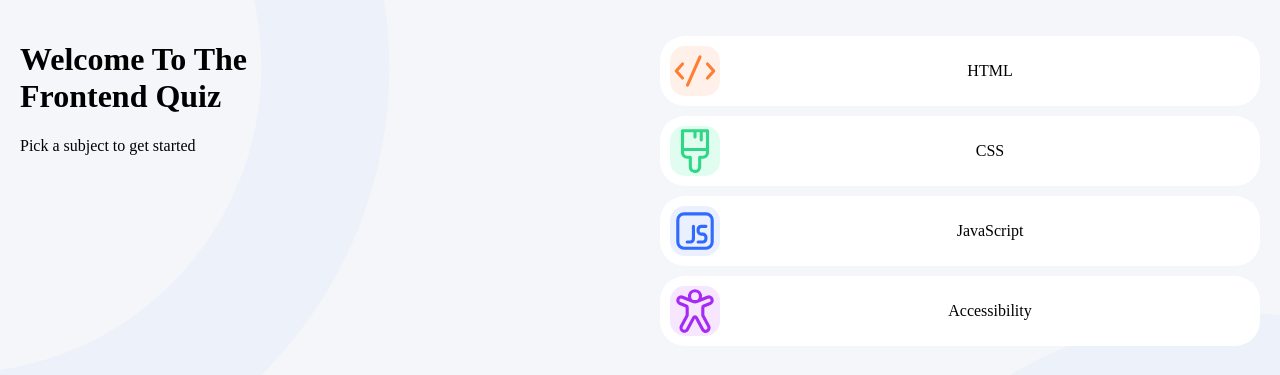
Repository: Daniel054311/Quiz-app-V1
Page: index.html
An editor plug-in stored every save of this project. The page is shown before and after the next save, followed by the edit.
The browser window is 1280 px wide. The pictures show the whole page.

Above is the page before, as saved 2024-01-28 15:39:32.

### index.html
<!DOCTYPE html>
<html lang="en">
<head>
    <meta charset="UTF-8">
    <meta name="viewport" content="width=device-width, initial-scale=1.0">
    <title>Document</title>
    <link rel="stylesheet" type="text/css" href="./asset/css/index.css">
</head>
<body>
    <div class="parent-container">
        <div class="left-container">
         <h1>Welcome To The <br><b>Frontend Quiz</b></h1>
         <p>Pick a subject to get started</p>

        </div>
        <div class="right-container">
            <div class="navigation">
                <ul>
                  <li class="image-item">
                    <img class="image" src="./asset/images/icon-html.svg" alt="" style="background-color: #fff1E9">
                <div class="content"><a href="#html">HTML</a></div>
                </li>
                  <li class="image-item">
                    <img class= "image" src="./asset/images/icon-css.svg"  alt="" style="background-color: #E0FDEF">
                <div class="content"><a href="#css">CSS</a></div>
                </li>
                  <li class="image-item">
                    <img class= "image" src="./asset/images/icon-js.svg" alt="" style="background-color: #EBF0FF">
                <div class="content"><a href="#javascript">JavaScript</a></div>
                </li>
                  <li class="image-item">
                    <img class= "image" src="./asset/images/icon-accessibility.svg" alt="" style= "background-color: #F6E7FF">
                    <div class="content"><a href="#accessibility">Accessibility</a></div>
                </li>
                </ul>
              </div>
        </div>









    </div>

</body>
</html>

### asset/css/index.css
body {
    margin: 0;
    display: flex;
    align-items: center;
    justify-content: center;
    height: 100vh;
  }

  .parent-container {
    display: flex;
    flex-direction:row;
    width: 100%;
    height:100%;
    background-image:url("../images/pattern-background-desktop-light.svg");
    background-size: cover;
    background-color:#f4f6fA;

  }

  .left-container {
    flex: 1;
    padding: 20px;
    text-align:left;/* Add a border between left and right containers */
  }

  .right-container {
    flex: 1;
    padding: 20px;
    text-align:right;
    display:flex;
    flex-direction:column;
  }

  .navigation ul {
    list-style: none;
    padding: 0;
    display: flex;
    flex-direction: column;
  }

  .navigation li {
    margin-left: 0px;
    margin-bottom: 10px;
    text-align: center;

     /* Add space between buttons */
  }

  .navigation a {
    display: block;
    padding: 10px;
    text-decoration: none;
    color: #000000;
    background-color: #ffffff;
    border: 1px solid #ffffff;
    border-radius: 5px;
  }

.image-item {
    display: flex;
    align-items: center;
    margin-bottom: 10px; /* Add spacing between items */
    padding: 10px;
    background-color:#ffffff;
    border-radius: 25px;
  }

  .image {
    width: 50px;
    height: 50px;
    border-radius:15px;
    margin-right: 5px;

  }

  .content {
    flex: 1;
    margin-left: 5px; /* Allow content to fill remaining space */
  }



  /* .header.h1 {
    text-align: center;
    font-weight: 500;
    font-size:25px;

  }
   */
  /* .user-controls {
    /* Add styles for user controls if needed */
  /* }

  .navigation {
    text-align: center;
  }

  .navigation ul {
    list-style: none;
    padding: 0;
    flex-direction: column;
    align-items:center
  }

  .navigation li {
    margin-bottom: 10px;
  }
   */



  /* .navigation a:hover {
    background-color: #ddd;
  } */

After the next save:
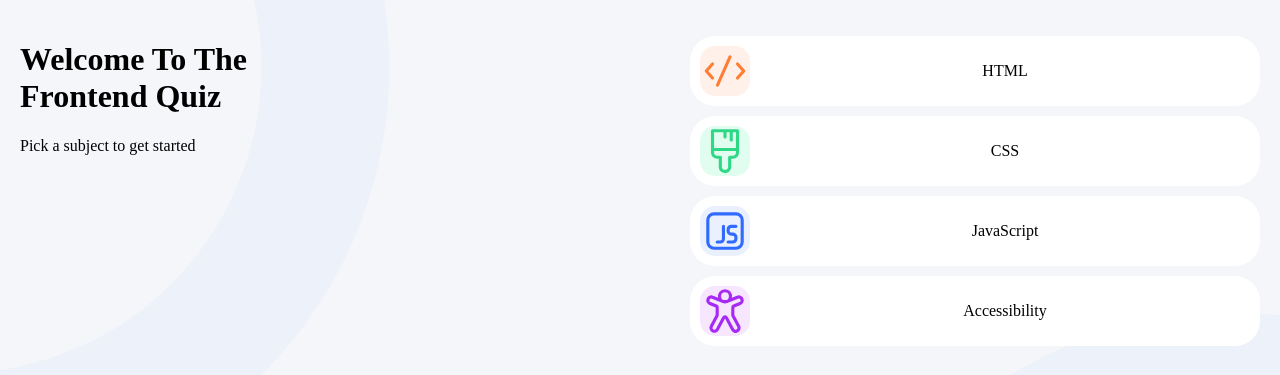
Saved 6 s later.
--- a/asset/css/index.css
+++ b/asset/css/index.css
@@ -39,7 +39,7 @@
   }
 
   .navigation li {
-    margin-left: 0px;
+    margin-left: 30px;
     margin-bottom: 10px;
     text-align: center;
 

After the save that followed:
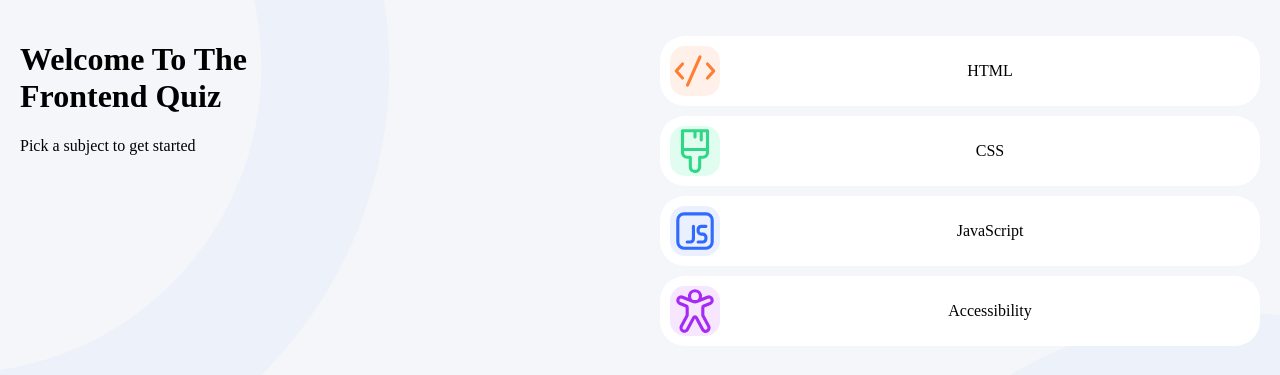
Saved 34 s later.
--- a/asset/css/index.css
+++ b/asset/css/index.css
@@ -39,7 +39,7 @@
   }
 
   .navigation li {
-    margin-left: 30px;
+    margin-left: 0px;
     margin-bottom: 10px;
     text-align: center;
 
